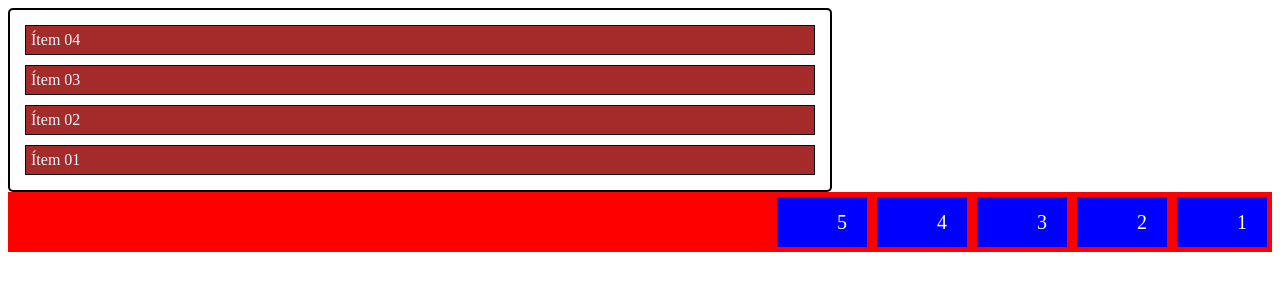
Repository: ozielms/flexbox
Page: outros/flexbox-master/index.html
The author's editor kept a copy of each file at every save. The page is drawn from the files as they stood at one save, then again after the next save.
The browser window is 1280 px wide. The pictures show the whole page.

Above is the page before, as saved 2022-04-25 23:39:15.

### outros/flexbox-master/index.html
<!DOCTYPE html>
<html lang="en">

<head>
    <meta charset="UTF-8">
    <meta http-equiv="X-UA-Compatible" content="IE=edge">
    <meta name="viewport" content="width=device-width, initial-scale=1.0">
    <title>Flexbox</title>

    <link rel="stylesheet" href="css/estilo.css">
</head>

<body>

    <div class="pai">
        <div class="filho filho1">Ítem 01</div>
        <div class="filho filho2">Ítem 02</div>
        <div class="filho filho3">Ítem 03</div>
        <div class="filho filho4">Ítem 04</div>
    </div>

    <ul class="flex-container row-reverse">
        <ul class="flex-item">1</ul>
        <ul class="flex-item">2</ul>
        <ul class="flex-item">3</ul>
        <ul class="flex-item">4</ul>
        <ul class="flex-item">5</ul>
    </ul>



</body>

</html>

### outros/flexbox-master/css/estilo.css
.pai {
    max-width: 800px;
    padding: 10px;
    border: 2px solid black;
    border-radius: 5px;
    /* FLEXBOX */
    display: flex;
    flex-direction: column-reverse;
}

.filho {
    background-color: brown;
    color: aliceblue;
    padding: 5px;
    border: 1px solid black;
    margin: 5px;
}

.flex-container {
    margin: 0;
    padding: 0;
    display: flex;
    list-style: none;
}

.flex-item {
    background: blue;
    height: 50px;
    width: 50px;
    line-height: 50px;
    font-size: 20px;
    color: white;
    text-align: center;
    margin: 5px;
}

.row {
    flex-direction: row;
}

.row-reverse {
    background-color: red;
    flex-direction: row-reverse;
}

After the next save:
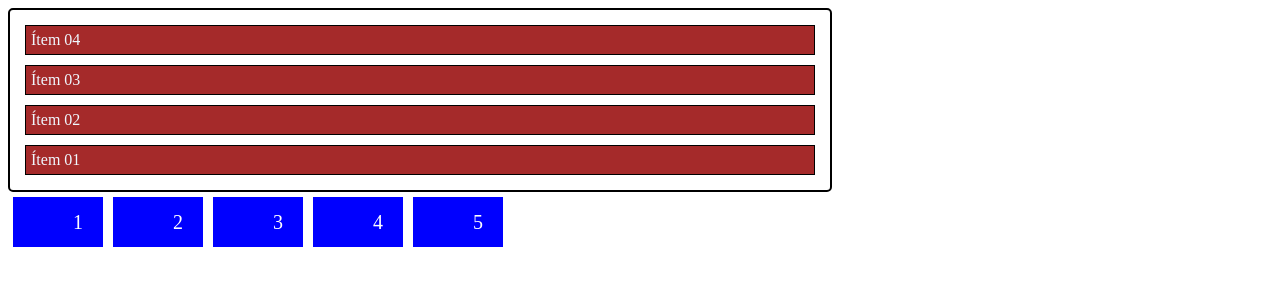
Saved 17 s later.
--- a/outros/flexbox-master/css/estilo.css
+++ b/outros/flexbox-master/css/estilo.css
@@ -38,7 +38,7 @@
     flex-direction: row;
 }
 
-.row-reverse {
+.row-reverse li {
     background-color: red;
     flex-direction: row-reverse;
 }
